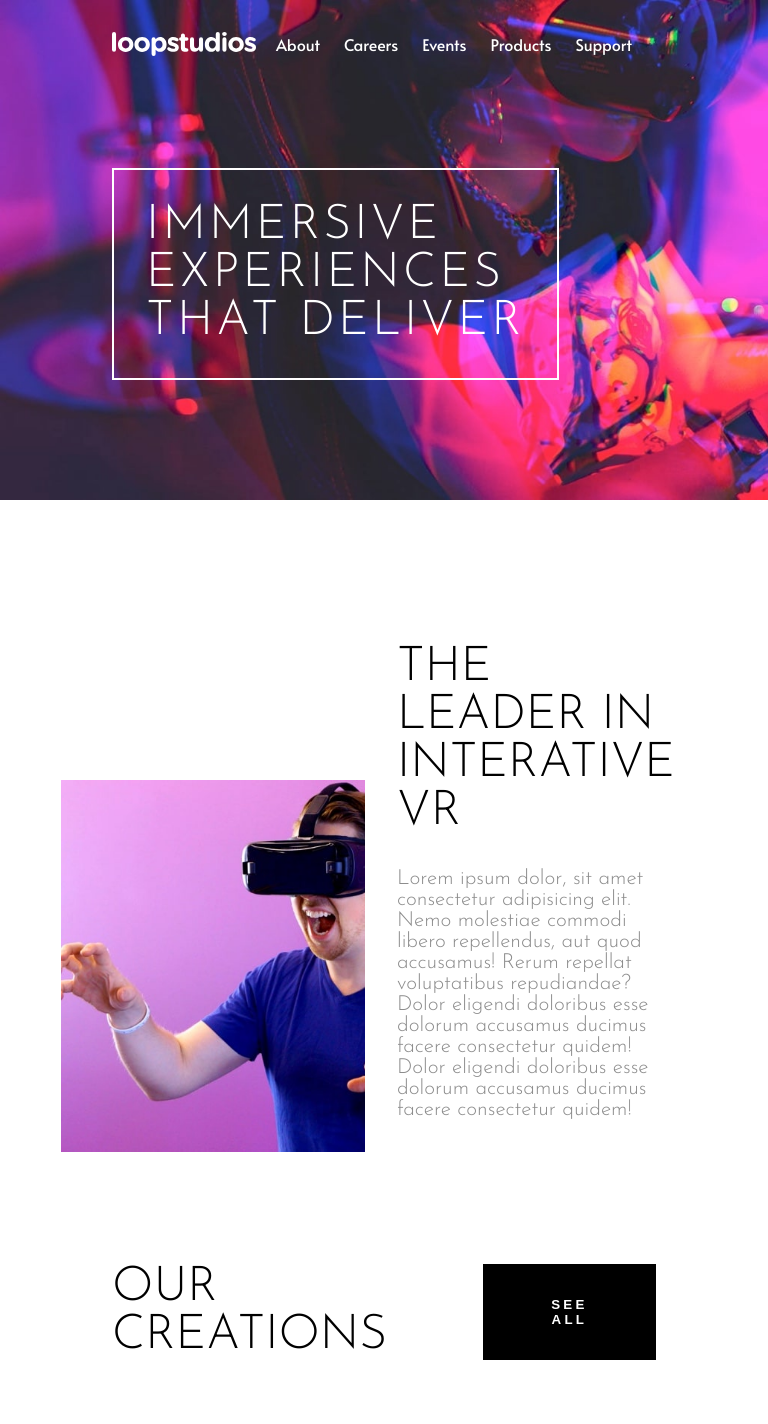
Repository: gligor99/loopstudios-fm
Page: /
An editor plug-in stored every save of this project. The page is shown before and after the next save, followed by the edit.
The browser window is 768 px wide. The pictures show the part of the page from y = 0 to 1424 px (the page is 6187 px tall before and 6316 px after).
Pictures or frames that could not be fetched are drawn as grey boxes. Backgrounds fixed to the window are drawn as part of the page. The project was rebuilt for these pictures with package versions that can differ from the ones it lists, and the page was loaded fresh each time.

Above is the page before, as saved 2021-11-28 22:04:11.

After the next save:
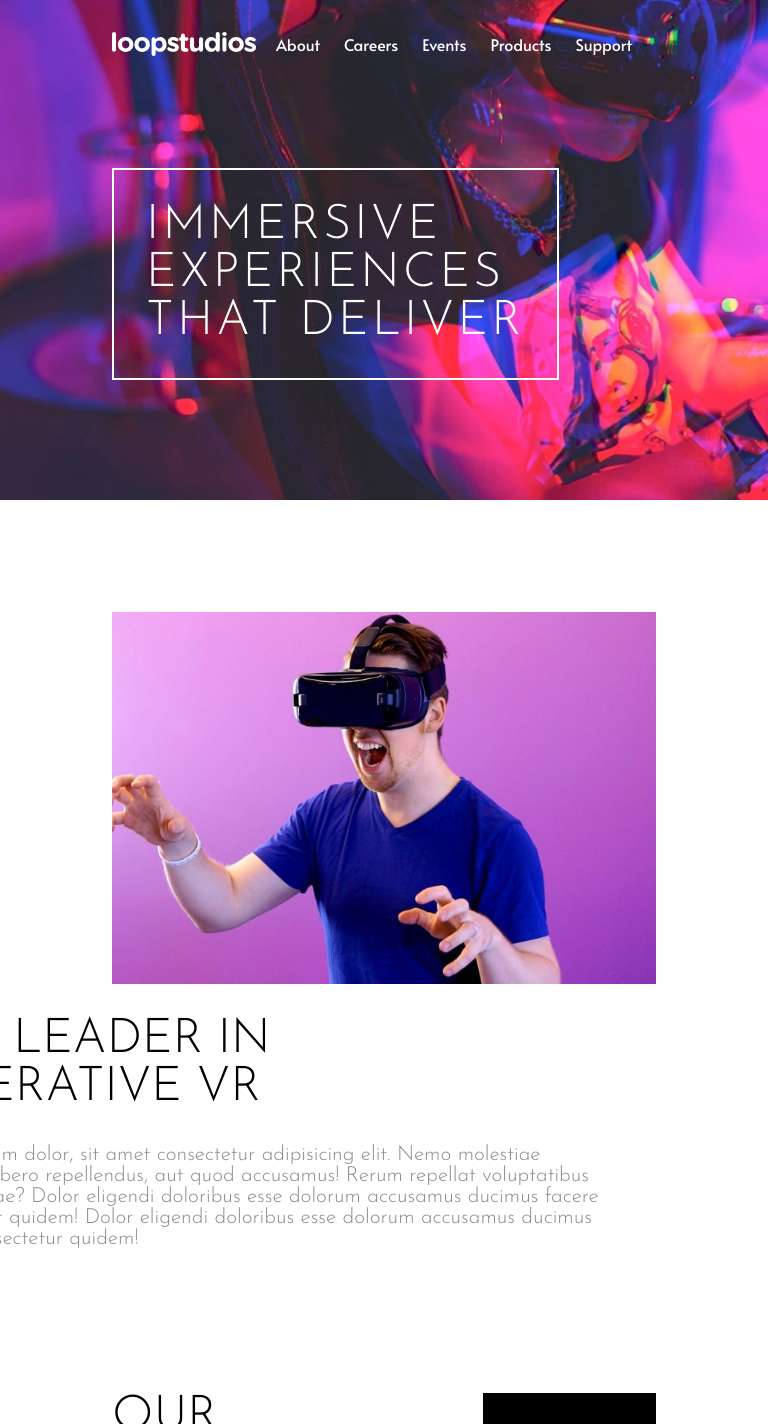
Saved 68 s later.
--- a/src/components/About/about.css
+++ b/src/components/About/about.css
@@ -51,6 +51,9 @@
   }
 }
 @media only screen and (max-width: 850px) {
+  .about-container{
+    flex-direction: column;
+  }
 .image-interactive {
    width: 100%;
 }
